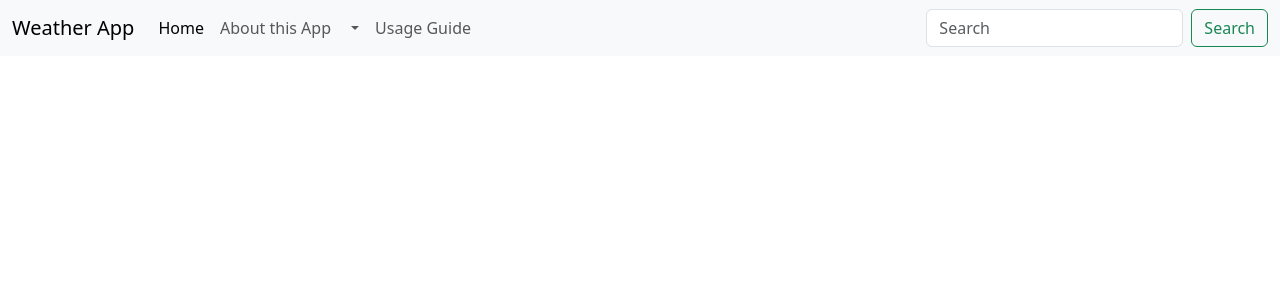
Repository: Abhilash2909/weather
Page: index.html
An editor plug-in stored every save of this project. The page is shown before and after the next save, followed by the edit.
The browser window is 1280 px wide. The pictures show the whole page.

Above is the page before, as saved 2024-02-10 19:43:01.

### index.html
<!doctype html>
<html lang="en">
  <head>
    <meta charset="utf-8">
    <meta name="viewport" content="width=device-width, initial-scale=1">
    <title>My Weather App</title>
    <link href="https://cdn.jsdelivr.net/npm/bootstrap@5.3.2/dist/css/bootstrap.min.css" rel="stylesheet" integrity="sha384-T3c6CoIi6uLrA9TneNEoa7RxnatzjcDSCmG1MXxSR1GAsXEV/Dwwykc2MPK8M2HN" crossorigin="anonymous">
  </head>
  <body>
    <nav class="navbar navbar-expand-lg bg-body-tertiary">
        <div class="container-fluid">
          <a class="navbar-brand" href="#">Weather App</a>
          <button class="navbar-toggler" type="button" data-bs-toggle="collapse" data-bs-target="#navbarSupportedContent" aria-controls="navbarSupportedContent" aria-expanded="false" aria-label="Toggle navigation">
            <span class="navbar-toggler-icon"></span>
          </button>
          <div class="collapse navbar-collapse" id="navbarSupportedContent">
            <ul class="navbar-nav me-auto mb-2 mb-lg-0">
              <li class="nav-item">
                <a class="nav-link active" aria-current="page" href="#">Home</a>
              </li>
              <li class="nav-item">
                <a class="nav-link" href="#">About this App</a>
              </li>
              <li class="nav-item dropdown">
                <a class="nav-link dropdown-toggle" href="#" role="button" data-bs-toggle="dropdown" aria-expanded="false">
                </a>
                <ul class="dropdown-menu">
                  <li><a class="dropdown-item" href="#">Delhi</a></li>
                  <li><a class="dropdown-item" href="#">Seattle</a></li>
                  <li><hr class="dropdown-divider"></li>
                  <li><a class="dropdown-item" href="#">Bangalore</a></li>
                </ul>
              </li>
              <li class="nav-item">
                <a class="nav-link" aria-disabled="true">Usage Guide</a>
              </li>
            </ul>
            <form class="d-flex" role="search">
              <input class="form-control me-2" type="search" placeholder="Search" aria-label="Search">
              <button class="btn btn-outline-success" type="submit">Search</button>
            </form>
          </div>
        </div>
      </nav>


    <script src="https://cdn.jsdelivr.net/npm/bootstrap@5.3.2/dist/js/bootstrap.bundle.min.js" integrity="sha384-C6RzsynM9kWDrMNeT87bh95OGNyZPhcTNXj1NW7RuBCsyN/o0jlpcV8Qyq46cDfL" crossorigin="anonymous"></script>
    <script src="script.js"></script>
</body>
</html>

### script.js
const options = {
method: 'GET',
headers: {
        'X-RapidAPI-Key': 'b45e96323fmshf5e4bc50d3b8a90p1e091djsnfb21cde4eb87',
'       X-RapidAPI-Host': 'weather-by-api-ninjas.p.rapidapi.com'
    }
};

fetch('https://weather-by-api-ninjas.p.rapidapi.com/v1/weather?city=Seattle', options)
    .then(response => response.json())
    .then(response => console.log(response))
    .catch(err => console.error(err));

After the next save:
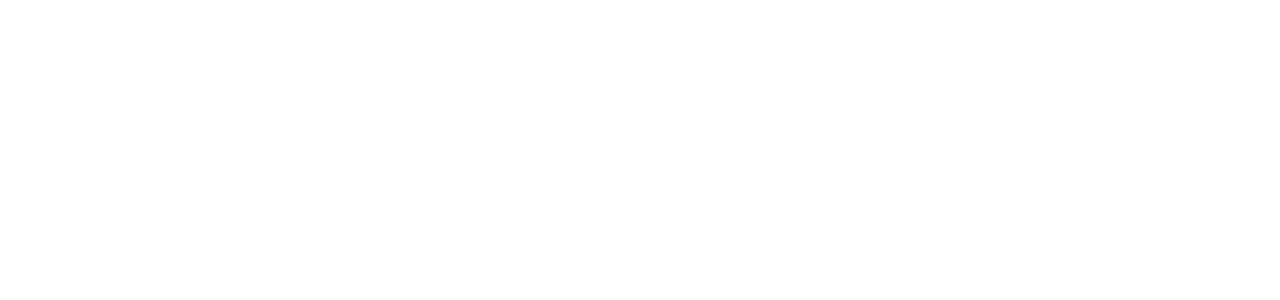
Saved 50 s later.
--- a/index.html
+++ b/index.html
@@ -7,7 +7,7 @@
     <link href="https://cdn.jsdelivr.net/npm/bootstrap@5.3.2/dist/css/bootstrap.min.css" rel="stylesheet" integrity="sha384-T3c6CoIi6uLrA9TneNEoa7RxnatzjcDSCmG1MXxSR1GAsXEV/Dwwykc2MPK8M2HN" crossorigin="anonymous">
   </head>
   <body>
-    <nav class="navbar navbar-expand-lg bg-body-tertiary">
+    <!-- <nav class="navbar navbar-expand-lg bg-body-tertiary">
         <div class="container-fluid">
           <a class="navbar-brand" href="#">Weather App</a>
           <button class="navbar-toggler" type="button" data-bs-toggle="collapse" data-bs-target="#navbarSupportedContent" aria-controls="navbarSupportedContent" aria-expanded="false" aria-label="Toggle navigation">
@@ -41,7 +41,7 @@
             </form>
           </div>
         </div>
-      </nav>
+      </nav> -->
 
 
     <script src="https://cdn.jsdelivr.net/npm/bootstrap@5.3.2/dist/js/bootstrap.bundle.min.js" integrity="sha384-C6RzsynM9kWDrMNeT87bh95OGNyZPhcTNXj1NW7RuBCsyN/o0jlpcV8Qyq46cDfL" crossorigin="anonymous"></script>

After the save that followed:
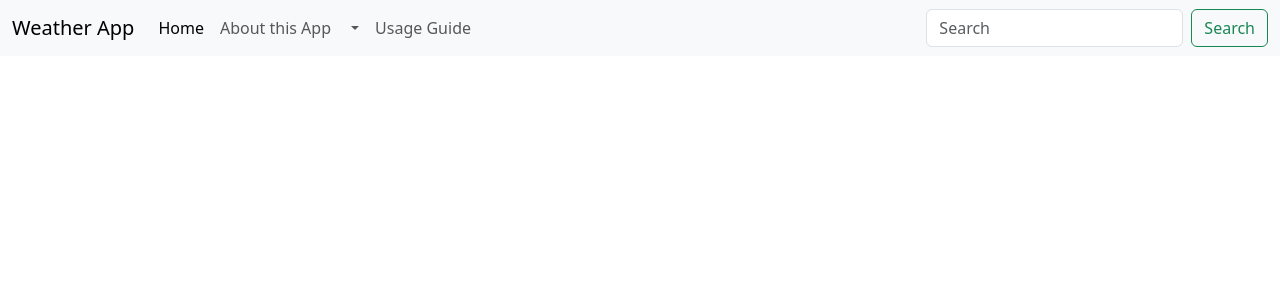
Saved 2 min 40 s later.
--- a/index.html
+++ b/index.html
@@ -7,7 +7,7 @@
     <link href="https://cdn.jsdelivr.net/npm/bootstrap@5.3.2/dist/css/bootstrap.min.css" rel="stylesheet" integrity="sha384-T3c6CoIi6uLrA9TneNEoa7RxnatzjcDSCmG1MXxSR1GAsXEV/Dwwykc2MPK8M2HN" crossorigin="anonymous">
   </head>
   <body>
-    <!-- <nav class="navbar navbar-expand-lg bg-body-tertiary">
+    <nav class="navbar navbar-expand-lg bg-body-tertiary">
         <div class="container-fluid">
           <a class="navbar-brand" href="#">Weather App</a>
           <button class="navbar-toggler" type="button" data-bs-toggle="collapse" data-bs-target="#navbarSupportedContent" aria-controls="navbarSupportedContent" aria-expanded="false" aria-label="Toggle navigation">
@@ -41,7 +41,7 @@
             </form>
           </div>
         </div>
-      </nav> -->
+      </nav>
 
 
     <script src="https://cdn.jsdelivr.net/npm/bootstrap@5.3.2/dist/js/bootstrap.bundle.min.js" integrity="sha384-C6RzsynM9kWDrMNeT87bh95OGNyZPhcTNXj1NW7RuBCsyN/o0jlpcV8Qyq46cDfL" crossorigin="anonymous"></script>
